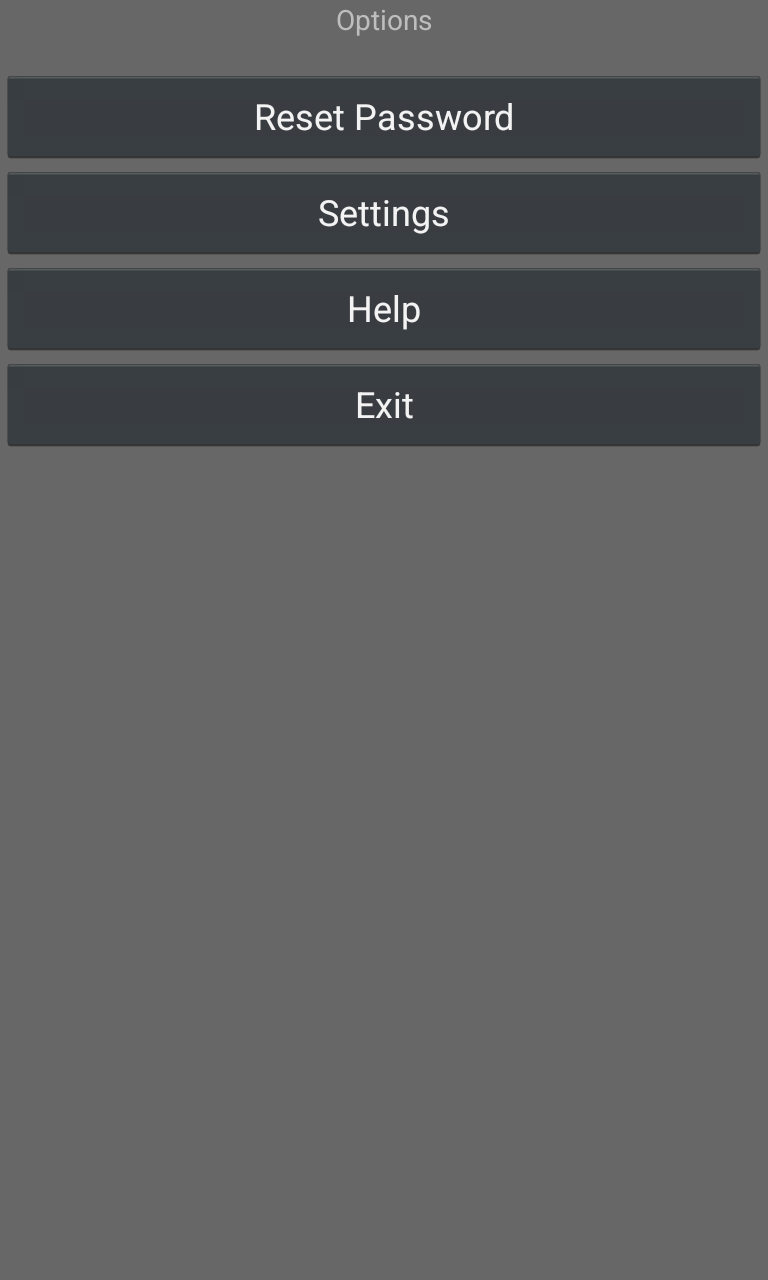
Repository: JonRuben1/SmudgeAttackPreventionLockScreen
Layout: TicTacToe4-new/res/layout/gameoptions.xml
The author's editor kept a copy of each file at every save. The layout is drawn from the files as they stood at one save, then again after the next save.
It is drawn on a 768 x 1280 px phone screen (xhdpi) without system bars, with theme android:Theme.Holo; the app's code is not run.

Above is the layout before, as saved 2014-11-11 18:54:35.

After the next save:
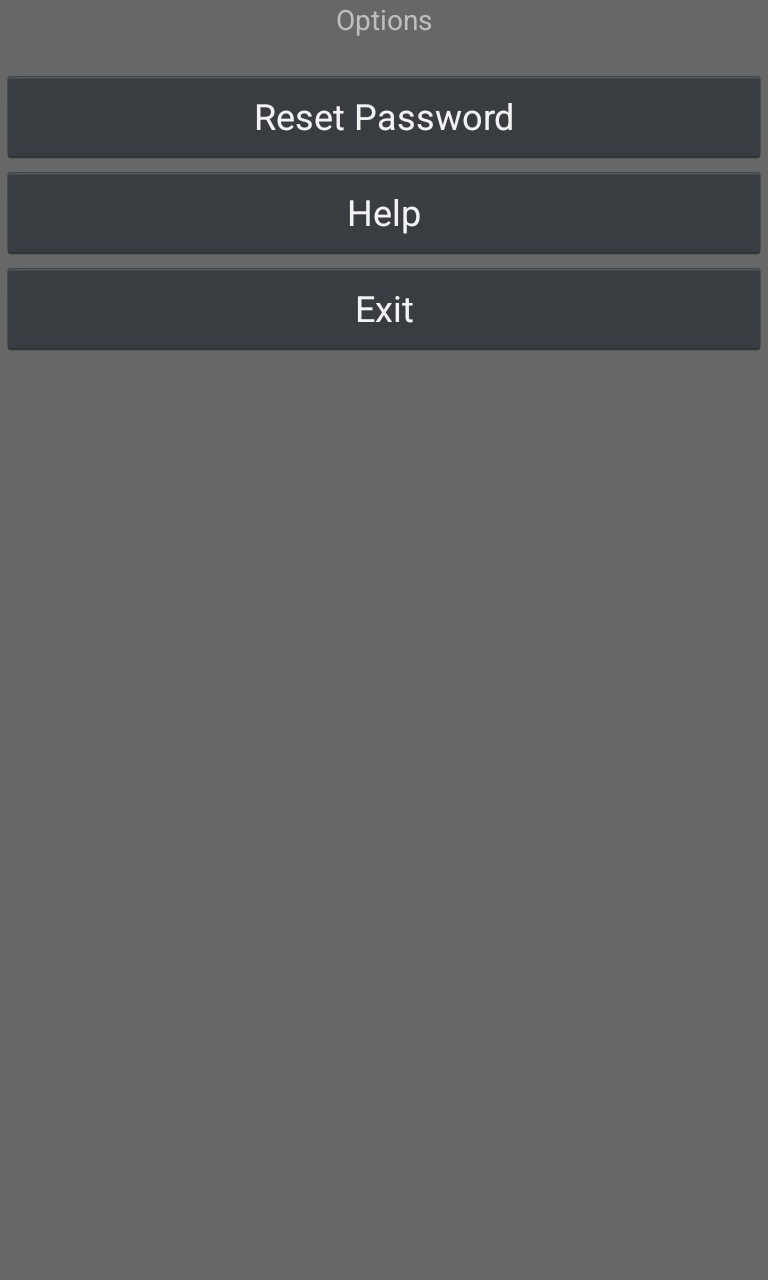
Saved 81 s later.
--- a/TicTacToe4-new/res/layout/gameoptions.xml
+++ b/TicTacToe4-new/res/layout/gameoptions.xml
@@ -29,12 +29,6 @@
 		android:layout_height="wrap_content"
 		/>
 	<Button
-		android:id="@+id/buttonSettings"
-		android:text="@string/settings"
-		android:layout_width="match_parent"
-		android:layout_height="wrap_content"
-		/>
-	<Button
 		android:id="@+id/buttonHelp"
 		android:text="@string/help"
 		android:layout_width="match_parent"
